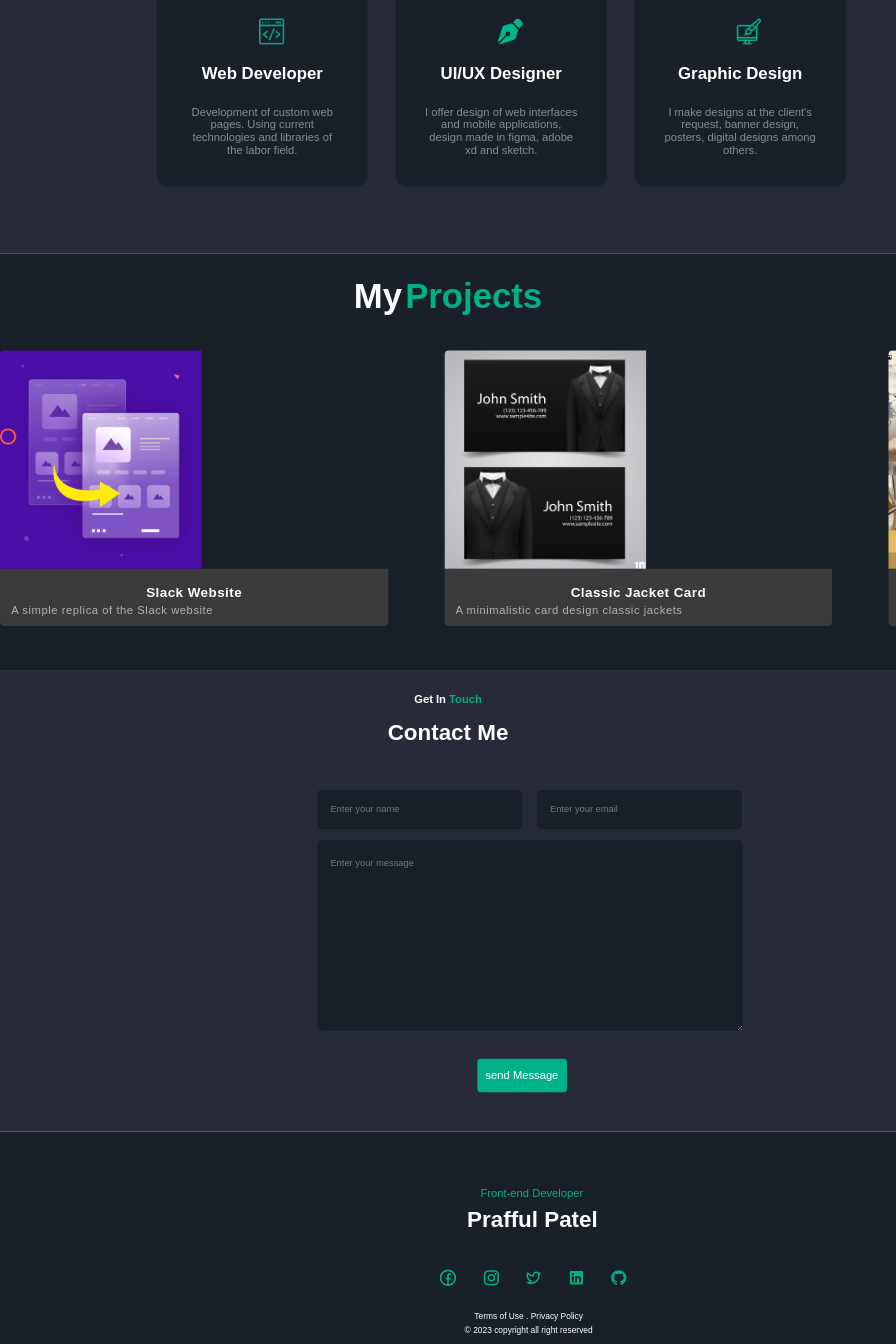
Repository: PraffulPatel27/Portfolio_2.0
Page: index.html
These files come from the project's save history. The page is drawn as it stood at one moment and after a run of saves; the edit follows.
The browser window is 1280 px wide. The pictures show the part of the page from y = 1969 to 3889 px (the page is 3889 px tall before and 3879 px after), at 70% of full size.

Above is the page before, as saved 2024-01-30 15:05:02.

### index.html
<!DOCTYPE html>
<html lang="en">
<head>
    <meta charset="UTF-8">
    <meta name="viewport" content="width=device-width, initial-scale=1.0">
    <title>Portfolio website complete</title>
    <link rel="stylesheet" href="style.css">
</head>
<body>

  <div class="container-first">
    <!-- /*********************** nav bar **************************/ -->
        <nav class="header">
            <h1>Portfolio</h1>

            <div class="nav-bar">
                <ul>
                    <li class="c1">Home</li>
                    <li> <a id="unique" href="#about">About</a></li>
                    <li>Services</li>
                    <li>Projects</li>
                    <li>Contact</li>
                </ul>
            </div>

        </nav>
        <!-- <div class="head-1"></div> -->



    <!-- /*********************** Section - 1 **************************/ -->
    <div class="first-main-content">
      <div class="left-content">
        <!-- <h1> Hi, </h1> -->
        <p class="ch"> Hello, </p>
        <p class="ch" id="bl"> I'm  </p>
        <h1 id="name-author"> Prafful Patel</h1>
        <h1> Front-end Developer </h1>

        <button class="btn" role="button"> Contact </button>
        <div class="social">
            <img src="images/insta.svg">
            <img src="images/fb.svg">
            <img src="images/github.svg">
        </div>
    </div>

   <img class="pic" src="images/profile-pic-circle.png">
   </div>


    <!-- /*********************** Section - 2 **************************/ -->
    <div class="section-2">
            <p class="heading-about"> About </p>

        <div class="front-2_under">
            <div class="left-content">
                <img class="left-img" src="images/image-portfolio.jpg">
            </div>

            <div class="right-para" id="about">
                <p class="heading-2"> I'am Prafful </p>
                <p class="description"> I'm Prafful Patel, a B.Tech. student specializing in AIML and
                    deiving into frontend development. With an unyielding passion
                    for emerging technologies, I'm committed to exploring the
                    digital frontier. My foundation in AIML, coupled with my
                    growing frontend skills, fuels my drive to push technological
                    boundaries and contribute to the ever-evolving tech
                    landscape. Thank you for visiting my portfolio; I eagerly
                    anticipate connecting with fellow enthusiasts and
                    organizations to shape the future of technology. </p>
            </div>
        </div>

    </div>


    <!-- /*********************** Section - 3 **************************/ -->

    <div class="section-3">
        <div class="bx-1">
            <p class="sm" > Favorite </p>
            <p class="sm" id="fsm"> Skills</p>
            <h1> My Skills</h1>

            <p class="skills-info">See fully what skills I have and perform, to
                develop the projects for you.</p>
            <button class="see-project"> See Projects </button>
        </div>

        <div class="bx-2">
          <div class="skill-nm">
            <p class="sl">01. </p>
            <p class="sl" id="lsm">HTML & CSS</p>
          </div>

          <div class="skill-nm">
            <p class="sl">02. </p>
            <p class="sl" id="lsm">JavaScript</p>
          </div>

          <div class="skill-nm">
            <p class="sl">03. </p>
            <p class="sl" id="lsm">Bootstrap</p>
          </div>

          <div class="skill-nm">
            <p class="sl">04. </p>
            <p class="sl" id="lsm">React</p>
          </div>
        </div>

        <div class="bx-2" id="bx-2_2">
            <div class="skill-nm">
                <p class="sl">05. </p>
                <p class="sl" id="lsm">Git & GitHub</p>
              </div>

              <div class="skill-nm">
                <p class="sl">06. </p>
                <p class="sl" id="lsm">Figma</p>
              </div>

              <div class="skill-nm">
                <p class="sl">07. </p>
                <p class="sl" id="lsm">C++</p>
              </div>
        </div>
    </div>


    <!-- /*********************** Section - 4 **************************/ -->
    <div class="section-4">
      <div class="head-4">
        <p class="sl" id="lsm">My</p>
        <p class="sl">Services</p>
      </div>

      <h1>What I Do</h1>

      <div class="do-box">
         <div class="box-1">
            <img src="./images/web-development.png">
            <h2>Web Developer</h2>
            <p>Development of custom web
                pages. Using current technologies
                and libraries of the labor field.</p>
         </div>

         <div class="box-1">
            <img src="./images/ui-ux-designe.svg">
            <h2>UI/UX Designer</h2>
            <p>I offer design of web interfaces and
                mobile applications, design made
                in figma, adobe xd and sketch.</p>
         </div>

         <div class="box-1">
            <img src="./images/graphic-design.png">
            <h2>Graphic Design</h2>
            <p>I make designs at the client's
                request, banner design, posters,
                digital designs among others.</p>
         </div>
      </div>
    </div>


    <!-- /*********************** Section - 5 **************************/ -->
    <div class="section-5">
        <div class="head-5">
          <h1 class="sl" id="lsm">My</h1>
          <h1 class="sl">Projects</h1>
        </div>


        <!-- <div class="grid">
          <div class="grid-item">
              <div class="card">
                  <img src="images/slack-website.png">
                  <div class="card-content">
                      <h1 class="card-header">Slack Website</h1>
                      <p class="card-text">A simple replica of the Slack website
                      </p>

                      <button class="card-btn">
                          Link <span>&rarr;</span>
                      </button>
                  </div>
              </div>
          </div> -->



        <div class="projects-box">
          <div class="part-2">
            <div class="pro-1">
              <img src="./images/slack-website.png">

              <div class="project-info">
                <h2> Slack Website</h2>
                <p>A simple replica of the Slack website</p>
              </div>
            </div>
          </div>

          <div class="part-2">
            <div class="pro-1">
              <img src="./images/card.jpg">

              <div class="project-info">
                <h2> Classic Jacket Card</h2>
                <p>A minimalistic card design classic jackets</p>
              </div>
            </div>
          </div>

          <div class="part-2">
            <div class="pro-1">
              <img src="./images/img-gallery.jpg">

              <div class="project-info">
                <h2> Image Gallery</h2>
                <p>Explore a simple and elegant image gallery</p>
              </div>
            </div>
          </div>

            <!-- <div class="pro-1">
                <img src="./images/project-img-4.jpg">
            </div>

            <div class="pro-1">
                <img src="./images/Work-7.png">
            </div>

            <div class="pro-1">
                <img src="./images/Work-6.png">
            </div> -->

         </div>
    </div>


    <!-- /*********************** Section - 6 **************************/ -->
    <div class="section-6">
        <div class="head-6">
          <p class="sl" id="lsm">Get In </p>
          <p class="sl">Touch</p>
        </div>

        <h1>Contact Me</h1>

        <div class="contact">
          <div class="contact-box-1">
            <input type="name" class="fs-input" placeholder="Enter your name">
            <input type="email" class="fs-input" placeholder="Enter your email">
          </div>

          <div class="contact-box-2">
            <textarea type="text" id="contact-message" placeholder="Enter your message"></textarea>
          </div>
        </div>
        <button class="contact-btn"> send Message </button>
    </div>


    <!-- /*********** footer section here ************/ -->
    <footer>
          <div class="footer-head">
            <p style="color: #00B089;"> Front-end Developer</p>
            <h1 style="color: #fff; margin-left: -1.2rem; margin-top: 0.6rem;"> Prafful Patel</h1>
          </div>

          <div class="foot-icons-link">
            <img id="fb-icon" src="images/fb.svg">
            <img src="images/insta.svg">
            <img src="images/twitter-line.svg">
            <img src="images/linkedin.svg">
            <img src="./images/github.svg">
          </div>

            <div class="foot-terms">
               <p class="terms"> Terms of Use . Privacy Policy </p>
               <p class="terms"> © 2023 copyright all right reserved </p>
            </div>
    </footer>

  </div>

</body>
</html>

### style.css
* {
    margin: 0;
    padding: 0;
    box-sizing: border-box;
    font-family: 'Poppins' , sans-serif;
    scroll-behavior: smooth;
    overflow-x: hidden;
}
.container-first {
    display: flex;
    flex-direction: column;
    flex-wrap: wrap;
    width: 100vw;
    align-items: center;
}
.main-con {
    margin-left: 10%;
    margin-right: 10%;
}

/*********************** Nav bar **************************/
.header {
    min-height: 90%;
    width: 100%;
    background-position: center;
    background-size: cover;
    position: relative;
    background-color: #192027;
    color: #fff;
}
nav {
    display: flex;
    padding: 1.6% 4%;
    align-items: center;
    justify-content: center;
}
.nav-bar {
    flex: 1;
    text-align: right;
}
.nav-bar ul li {
    list-style: none;
    display: inline-block;
    padding: 8px 18px;
    position: relative;
    /* font-weight: bold; */
    cursor: pointer;
    font-size: 0.88rem;
}
#unique {
    text-decoration: none;
    color: #fff;
}
#unique:hover {
    color: #00B089;
}
.nav-bar ul li::after  {
    content: '';
    width: 0%;
    height: 3.5px;
    background-color: #00B089;
    display: block;
    margin: auto;
    transition: 0.80s;
}
.nav-bar ul li:hover::after {
    width: 100%;
}
.nav-bar ul li:hover {
    color: #00B089;
}
nav h1 {
    font-size: 2rem;
    color: #00B089;
    margin-left: 1.7rem;
}

/*********************** Section - 1 **************************/
.first-main-content {
    width: 100%;
    background-color: #192027;
    padding-bottom: 7%;
    display: flex;
    justify-content: space-evenly;
    align-items: center;
    flex-direction: row;
    flex-wrap: wrap;
    align-items: center;
    /* border: 2px solid black; */
}
.left-content {
    padding-top: 5%;
    padding-left: 10%;
    /* border: 2px solid black; */
}
.ch {
    display: inline;
    font-size: 33px;
    color: #fff;
}
#bl {
    color: #00B089;
}
#name-author {
    color: #00B089;
    margin-top: 1.2%;
    font-size: 3.3rem;
    margin-left: 0.1%;
}
.left-content h1 {
    line-height: 60px;
    color: #fff;
    font-size: 25px;
}

/* CSS */
.btn {
  appearance: none;
  background-color: #fff;
  border-radius: 15px;
  box-sizing: border-box;
  color: #3B3B3B;
  cursor: pointer;
  display: inline-block;
  font-family: Roobert,-apple-system,BlinkMacSystemFont,"Segoe UI",Helvetica,Arial,sans-serif,"Apple Color Emoji","Segoe UI Emoji","Segoe UI Symbol";
  font-size: 16px;
  font-weight: 600;
  line-height: normal;
  margin: 0;
  min-height: 60px;
  min-width: 0;
  outline: none;
  padding: 16px 24px;
  text-align: center;
  text-decoration: none;
  transition: all 300ms cubic-bezier(.23, 1, 0.32, 1);
  user-select: none;
  -webkit-user-select: none;
  touch-action: manipulation;
  width: 10%;
  height: 3rem;
  margin-top: 7%;
  margin-left: 0.5%;
  will-change: transform;
}
.btn:disabled {
  pointer-events: none;
}
.btn:hover {
  color: #fff;
  background-color: #192027;
  box-shadow: rgba(0, 0, 0, 0.25) 0 8px 15px;
  transform: translateY(-2px);
  border: 2px solid #fff;
}
.btn:active {
  box-shadow: none;
  transform: translateY(0);
}

/* .btn {
    width: 10%;
    height: 3rem;
    margin-top: 7%;
    margin-left: 0.5%;
    border-radius: 10px;
    background: #00B089;
    border: none;
    cursor: pointer;
    color: white;
    font-size: 1rem;
    text-align: center;
}
.btn:hover {
    box-shadow: 0px 0px 30px #00B089;
    transition: 0.2s;
} */
.social {
    margin-top: 4%;
    margin-left: -1%;
    /* border: 2px solid black; */
}
.social img {
    width: 3%;
    padding-left: 1%;
    cursor: pointer;
    /* background: none; */
}
.pic {
    width: 20rem;
    margin-top:5%;
    margin-right: -62%;
    flex-wrap: wrap;
    position: absolute;
}

/*********************** Section - 2 **************************/
.section-2 {
    width: 100%;
    flex-wrap: wrap;
    align-items: center;
    display: flex;
    position: none;
    justify-content: space-evenly;
    background-color: #272A37;
    /* border: 2px solid red; */
}
.heading-about {
    text-align: center;
    margin-top: 5%;
    color: #00B089;
    font-size: 2.2rem;
    font-weight: 700;
    text-decoration: underline;
}
.front-2_under {
    display: flex;
    flex-direction: row;
    justify-content: space-evenly;
    align-items: center;
    margin-top: 2%;
    margin-left: 6.5%;
    margin-right: 9%;
    margin-bottom: 6%;
    /* border: 2px solid red; */
}
.left-content {
    flex: 1;
}
.left-content .left-img {
    width: 60%;
    max-width: 100%;
    height: auto;
    border-radius: 1%;
}
.right-para {
    flex: 1;
}
.heading-2 {
    font-size: 2.5rem;
    line-height: 70px;
    color: #fff;
}
.description {
    color: #858B96;
    letter-spacing: 1.5px;
    line-height: 28px;
    margin-top: 2%;
}

 /*********************** Section - 3 **************************/
 .section-3 {
    width: 100%;
    height: 28rem;
    padding-top: 5%;
    flex-wrap: wrap;
    display: flex;
    /* flex-direction: row; */
    padding-left: 10%;
    padding-right: 10%;
    background-color: #192027;
    /* border: 2px solid black; */
}
.sm {
    color: #fff;
    display: inline;
    font-weight: 700;
    font-size: 15px;
}
#fsm {
    color: #00B089;
}
.bx-1 h1 {
    margin-top: 2.8%;
    color: #fff;
}
.skills-info {
    color: #858B96;
    margin-top: 8%;
    margin-bottom: 4.5%;
    font-size: 15px;
}
.bx-1 {
    /* border: 2px solid green; */
    overflow: hidden;
    width: 38%;
    height: 94%;
    padding-top: 5%;
    padding-left: 12%;
    margin-right: 3%;
}
.see-project {
    width: 40%;
    height: 3rem;
    margin-top: 15%;
    margin-left: 0.5%;
    border-radius: 6px;
    background: #00B089;
    border: none;
    cursor: pointer;
    color: white;
    font-size: 0.88rem;
    text-align: center;
}
.see-project:hover {
    box-shadow: 0px 0px 30px #00B089;
    transition: 0.2s;
}

.bx-2 {
    /* border: 2px solid red; */
    width: 27%;
    margin-top: 8%;
    padding-left: 10%;
}
#bx-2_2 {
    padding-left: 3%;
}
.skill-nm {
    margin-bottom: 10%;
}
.sl {
    color: #00B089;
    display: inline;
}
#lsm {
    color: #fff;
}

/*********************** Section - 4 **************************/
.section-4 {
    width: 100%;
    /* height: 30rem; */
    background-color: #272A37;
    padding-bottom: 4rem;
}
.head-4 {
    text-align: center;
    font-weight: 700;
    margin-top: 2.5%;
}
.section-4 h1 {
    margin-top: 1.5%;
    text-align: center;
    color: #fff;
}
.do-box {
    /* border: 1.5px solid white; */
    display: flex;
    margin-top: 5rem;
    /* margin-left: 5rem; */
    /* margin-right: 5rem; */
    padding: 2rem 2rem 2rem 14rem;
}
.box-1 {
    /* border: 1.5px solid orange; */
    width: 21rem;
    height: 20rem;
    border-radius: 15px;
    margin-right: 2.5rem;
    background-color: #192027;
}

.box-1:hover {
    border: 1px solid #00B089;
}
.box-1 img {
    width: 12%;
    margin: 5rem 0 0 9.1rem;
}
.box-1 h2 {
    text-align: center;
    color: #fff;
    margin-top: 1.5rem;
}
.box-1 p {
    color: #858B96;
    margin-top: 2rem;
    text-align: center;
    padding-left: 2.5rem;
    padding-right: 2.5rem;
}

/*********** Section - 5 ***********/
.section-5 {
    width: 100%;
    background-color:#192027;
    padding-bottom: 4rem;
}
.section-5 h1 {
    font-size: 3.1rem;
}
.head-5 {
    text-align: center;
    font-weight: 700;
    margin-top: 2.5%;
}
.projects-box {
    margin-top: 3rem;
    /* display: grid;
    flex-wrap: wrap;
    justify-content: space-evenly;
    padding: 2rem 8rem 2rem 8rem; */
    /* border: 1px solid #00B089; */

    display: grid;
    width: 114em;
    grid-gap: 5rem;
    grid-template-columns: repeat(auto-fit, minmax(30rem, 1fr));
    align-items: start;
}
.part-2 {
    border-radius: 0.4rem;
    overflow: hidden;
    /* box-shadow: 0 3rem 6rem rgba(0, 0, 0, 0.1); */
    cursor: pointer;
    transition: 0.2s;
}
.part-2:hover {
    transform:  translateY(-0.5%);
    /* box-shadow: 0 4rem 8rem rgba(0, 0, 0, 0.5); */
}
.pro-1 {
    /* border: 1px solid #00B089; */
    /* border-radius: 12px;
    display: flex;
    align-items: center;
    justify-content: center;
    margin: 1.5rem 1.5rem 1.5rem 1.5rem; */
}
.pro-1 img {
    display: block;
    object-fit: cover;
    /* border-radius: 16px; */
    width: 18rem;
    height: 19.5rem;
    /* max-width: max-content; */
    /* aspect-ratio: 3/3; */
}
.pro-1 h2 {
    color: #fff;
    font-size: 1.2rem;
    margin-top: 1rem;
    text-align: center;
}
.project-info {
    /* display: flex;
    flex-direction: column;
    text-align: center;
    margin-left: -24rem;
    margin-top: 20.5rem;
    height: 4.5rem;
    line-height: 1.6rem;
    padding: 0.5rem 1rem 0.5rem 1rem;
    background-color: #3B3B3B; */

    padding: 0.5rem 1rem 0.5rem 1rem;
    background-color: #3B3B3B;
}
.project-info h2 {
    color: #fff;
    font-size: 1.2rem;
    letter-spacing: 0.04rem;
}
.project-info p {
    color: rgba(209, 197, 197, 0.83);
    /* font-size: 1rem; */
    letter-spacing: 0.05rem;
    line-height: 1.7;
}


.grid {
    display: grid;
    width: 114em;
    grid-gap: 5rem;
    grid-template-columns: repeat(auto-fit, minmax(30rem, 1fr));
    align-items: start;
    /* border: 2px solid green; */
}
.grid-item {
    background-color: #fff;
    border-radius: 0.4rem;
    overflow: hidden;
    box-shadow: 0 3rem 6rem rgba(0, 0, 0, 0.1);
    cursor: pointer;
    transition: 0.2s;
}
.grid-item:hover {
    transform:  translateY(-0.5%);
    box-shadow: 0 4rem 8rem rgba(0, 0, 0, 0.5);
}
.card-img {
    display: block;
    width: 50%;
    height: 10rem;
    object-fit: cover;
}
.card-header {
    font-size: 3rem;
    font-weight: 500;
    color: #0d0d0d;
    margin-bottom: 1.5rem;
}
.card-text {
    font-size: 1.6rem;
    letter-spacing: 0.1rem;
    line-height: 1.7;
    color: #3d3d3d;
    margin-bottom: 2.5rem;
}
.card-btn {
    display: block;
    width: 100%;
    padding: 1.5rem;
    font-size: 2rem;
    text-align: center;
    color: #3363ff;
    background-origin: #d8e0fd;
    border: none;
    border-radius: 0.4rem;
    transition: 0.2s;
    cursor: pointer;
    letter-spacing: 0.1rem;
}
.card-btn span {
    margin-left: 1rem;
    transition: 0.2s;
}
.card-btn:hover,
.card-btn:active {
    background-color: #c2cffc;
}
.card-btn:hover span,
.card-btn:active span {
    margin-left: 1.5rem;
}


@media only screen and (max-width: 60em) {
    body {
        padding: 3rem;
    }

    .grid {
        grid-row-gap: 3rem;
    }
}

/*********** Section - 6 ***********/
.section-6 {
    width: 100%;
    background-color:#272A37;
    padding-bottom: 3.5rem;
}
.section-6 h1 {
    margin-top: 1.5%;
    text-align: center;
    color: #fff;
}
.head-6 {
    text-align: center;
    font-weight: 700;
    margin-top: 2.5%;
}
.contact {
    /* border: 1px solid #00B089; */
    margin-top: 3.5rem;
    /* height: 21rem; */
    /* padding-left: 25rem; */
}
.contact-box-1 {
    width: 40rem;
    margin-left: 27.8rem;
    padding: 0.5rem 0.5rem 0.5rem 0.5rem;
    /* border: 1px solid #00B089; */
}
.contact-box-2 {
    width: 40rem;
    margin-left: 27.8rem;
    padding: 0.5rem 0.5rem 0.5rem 0.5rem;
    /* border: 1px solid #00B089; */
}
.fs-input {
    width: 47%;
    height: 3.5rem;
    border-radius: 6.5px;
    background-color: #192027;
    color: #858B96;
    padding-left: 1.2rem;
    margin-right: 1rem;
    border: none;
    outline: none;
}
#contact-message {
    width: 38rem;
    height: 17rem;
    border: none;
    padding-left: 1.2rem;
    padding-top: 1.5rem;
    border-radius: 6.5px;
    background-color: #192027;
    color: #858B96;
    outline: none;
}
.contact-btn {
    width: 10%;
    height: 3rem;
    margin-top: 2.2%;
    margin-left: 42.6rem;
    border-radius: 5px;
    background: #00B089;
    border: none;
    cursor: pointer;
    color: white;
    font-size: 1rem;
    text-align: center;
}

 /********** Footer css **********/
footer {
    width: 100%;
    background-color: #192027 !important;
    flex-direction: row;
    padding: 5rem 8rem 0.4rem 41rem;
    /* border: 1px solid #00B089; */
}
.footer-head {
    /* border: 1px solid #00B089; */
    margin-left: -3.6rem;
    width: 20rem;
    padding-left: 5.5rem;
}
.foot-icons-link {
    display: flex;
    width: 20rem;
    height: 4rem;
    margin-top: 2rem;
    margin-left: -4.1rem;
    margin-bottom: 1rem;
    /* border: 1px solid #00B089; */
}
.foot-icons-link img {
    margin-left: 2.2rem;
    width: 8%;
}
#fb-icon {
    width: 8.85%;
}
.footer-btn {
    width: 20%;
    height: 3rem;
    border-radius: 5px;
    background: #00B089;
    border: none;
    cursor: pointer;
    color: white;
    font-size: 1rem;
    text-align: center;
    margin-left: 1.5rem;
}
.foot-terms {
    flex-direction: column;
    /* margin-top: 1.8rem; */
    margin-left: -1.8rem;
    text-align: center;
    width: 16rem;
    /* border: 1px solid #00B089; */
}
.terms {
    color: #fff;
    font-size: 12px;
    margin-bottom: 0.4rem;
}

After the next 2 saves:
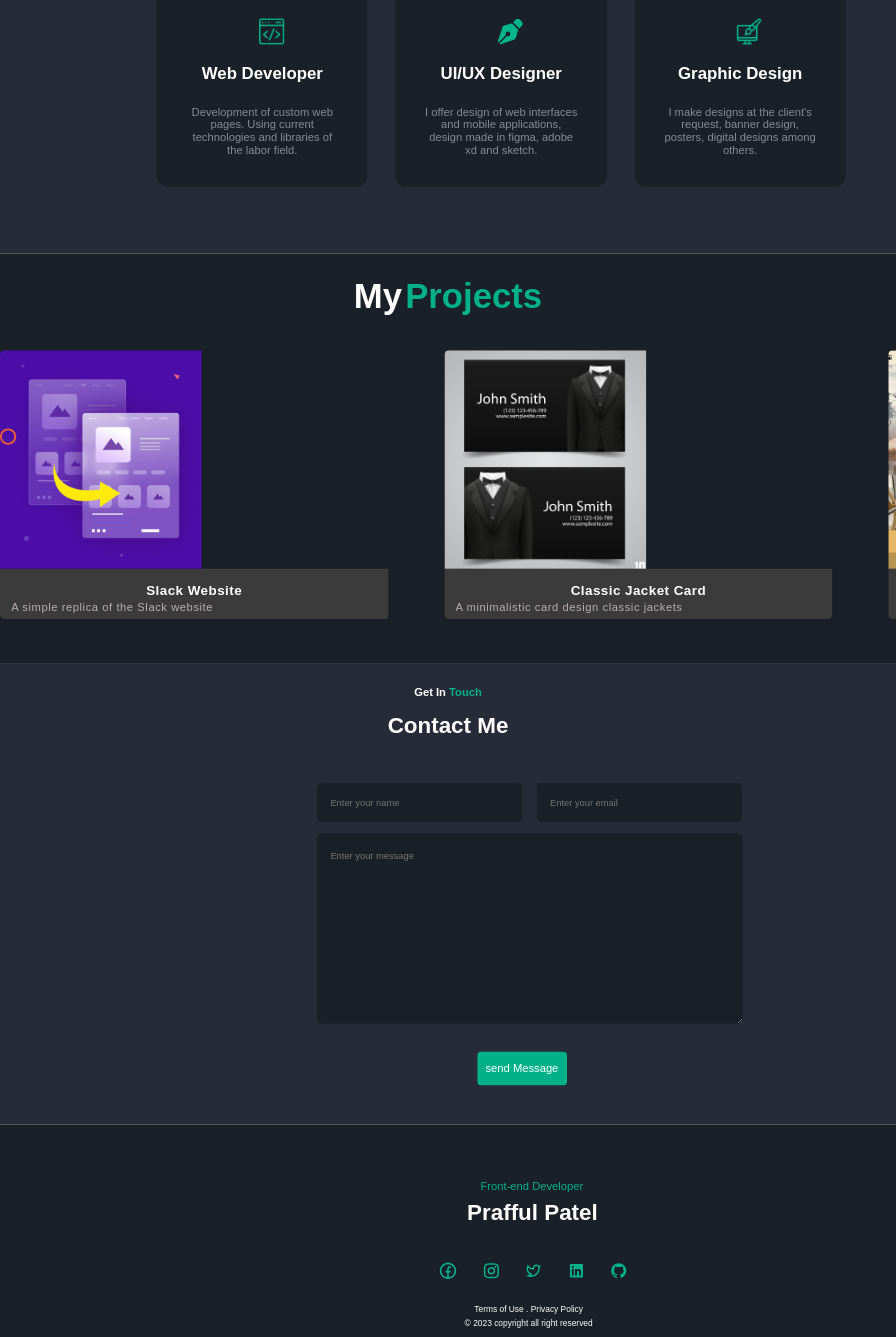
The 2 saves are shown as one change because they came seconds apart.
The last was saved 8 s later.
--- a/style.css
+++ b/style.css
@@ -454,7 +454,7 @@
     padding: 0.5rem 1rem 0.5rem 1rem;
     background-color: #3B3B3B; */
 
-    padding: 0.5rem 1rem 0.5rem 1rem;
+    padding: 0.2rem 1rem 0.2rem 1rem;
     background-color: #3B3B3B;
 }
 .project-info h2 {
